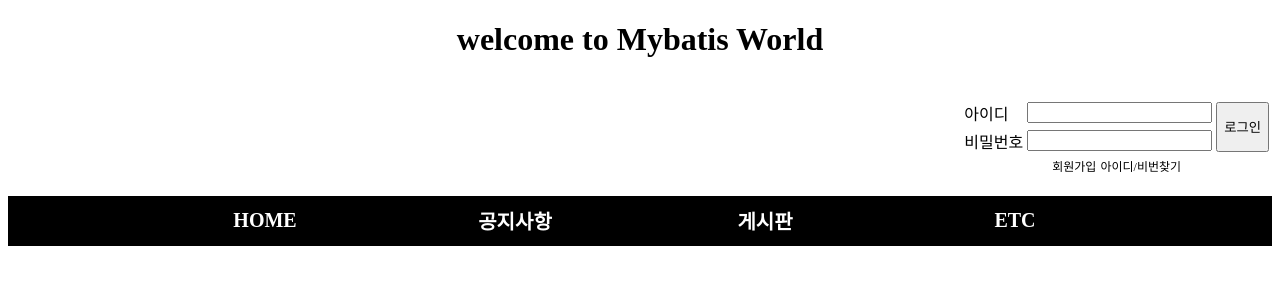
Repository: leezi0916/easyProject
Page: http://localhost/mybatisProject/
These files come from the project's save history. The page is drawn as it stood at one moment and after the next save; the edit follows.
The browser window is 1280 px wide. The pictures show the whole page.
The page is served by Tomcat 10.

Above is the page before, as saved 2025-03-09 08:56:43.

After the next save:
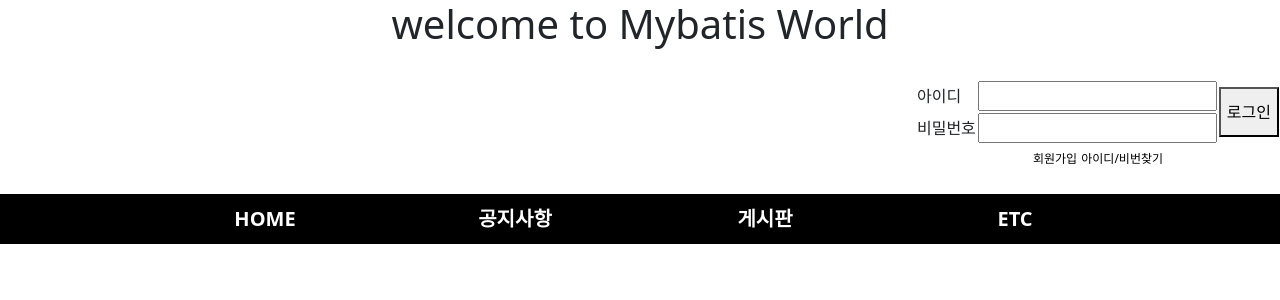
Saved 3 min 50 s later.
--- a/08_MyBatis/mybatisProject/src/main/webapp/views/common/menubar.jsp
+++ b/08_MyBatis/mybatisProject/src/main/webapp/views/common/menubar.jsp
@@ -6,6 +6,13 @@
 <head>
 <meta charset="UTF-8">
 <title>Insert title here</title>
+<!-- jQuery -->
+<script src="https://ajax.googleapis.com/ajax/libs/jquery/3.7.1/jquery.min.js"></script>
+
+<!-- 부트스트랩 5.3.3 -->
+<link href="https://cdn.jsdelivr.net/npm/bootstrap@5.3.3/dist/css/bootstrap.min.css" rel="stylesheet">
+<script src="https://cdn.jsdelivr.net/npm/bootstrap@5.3.3/dist/js/bootstrap.bundle.min.js"></script>
+
 <style>
 
     .login-area a{
@@ -82,7 +89,7 @@
 	                    <td></td>
 	                </tr>
 	                <tr>
-	                    <td><a href="">마이페이지</a></td>
+	                    <td><a href="${pageContext.request.contextPath}/myPage.me">마이페이지</a></td>
 	                    <td><a href="">로그아웃</a></td>
 	                </tr>
 	            </table>
